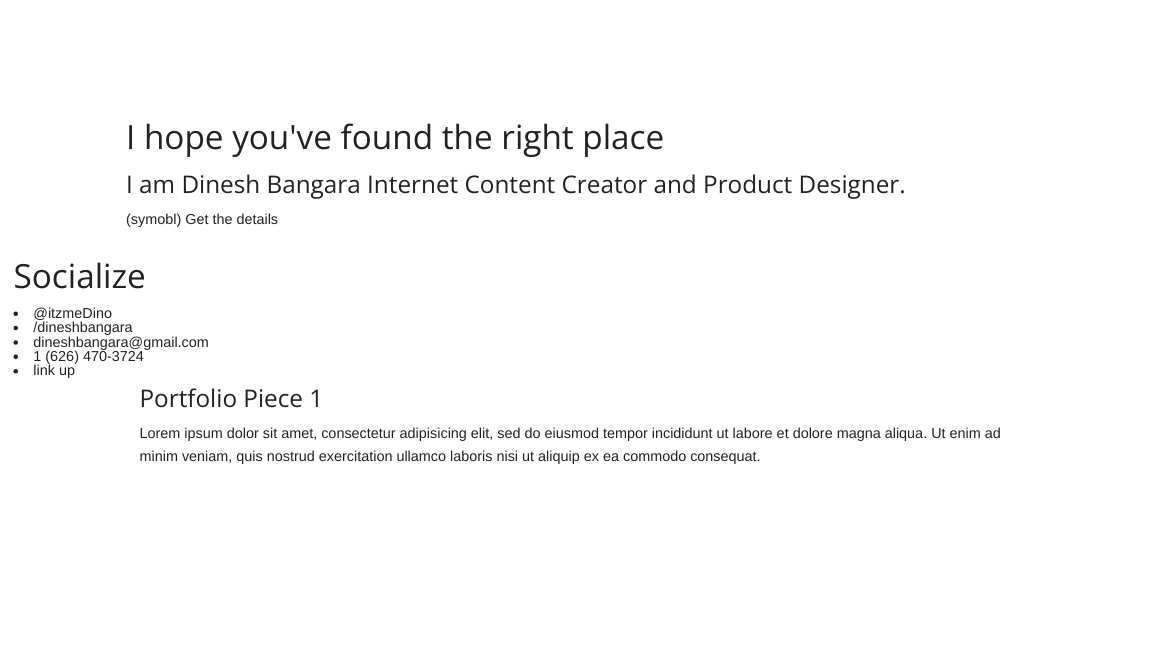
Repository: dineshb/HTML5_Portfolio
Page: Basic/index.html
These files come from the project's save history. The page is drawn as it stood at one moment and after the next save; the edit follows.
The browser window is 1280 px wide. The pictures show the whole page, at 90% of full size.

Above is the page before, as saved 2013-11-22 04:56:57.
Console error (its wording comes from the project's code and is left out).

After the next save:
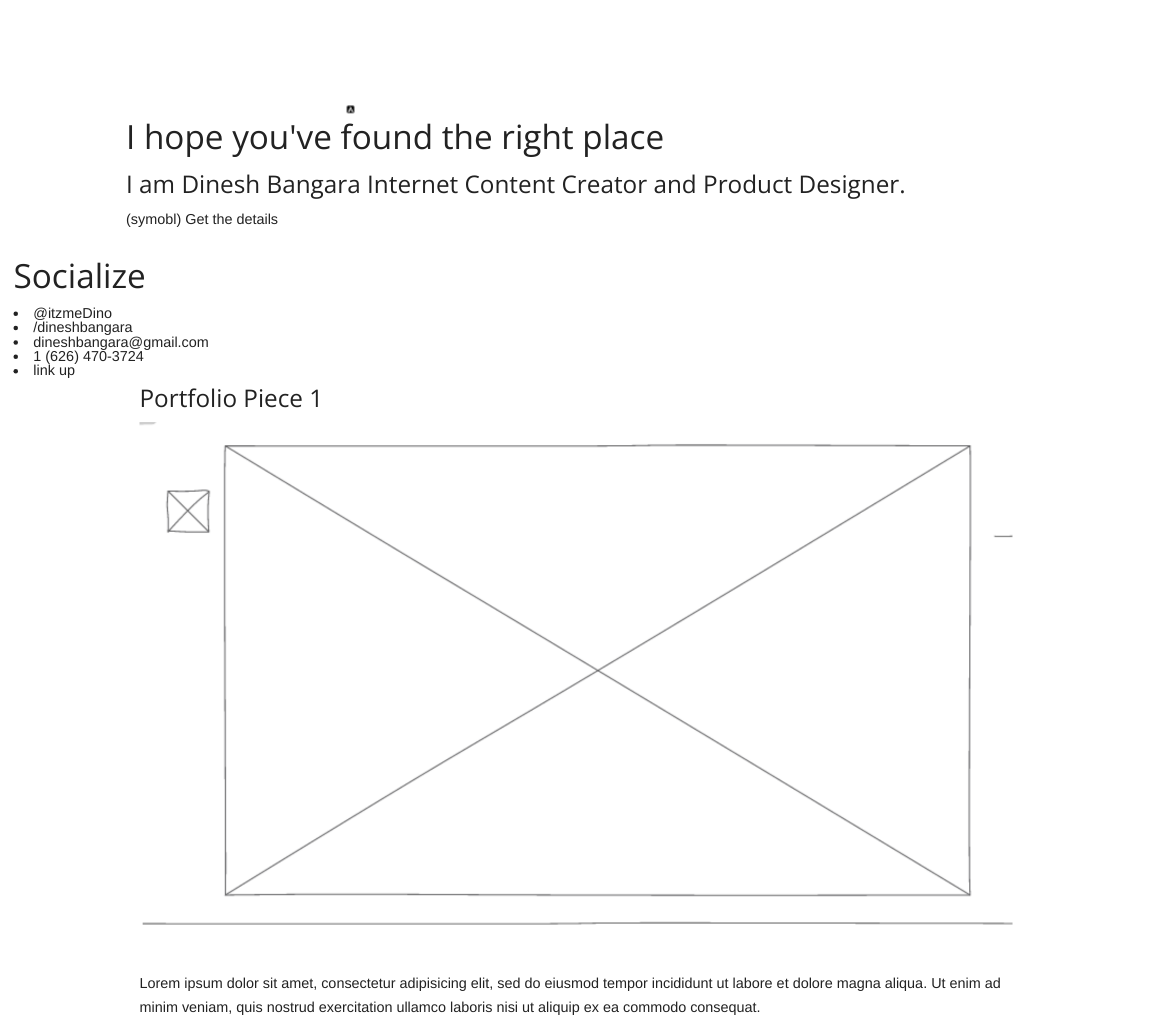
Saved 66 s later.
--- a/Basic/css/main.css
+++ b/Basic/css/main.css
@@ -98,10 +98,16 @@
    Author's custom styles
    ========================================================================== */
 
-img {
-  display: inline-block;
-  vertical-align: left;
-  display: none; }
+img.logo {
+  max-width: 25%
+  height: 10px;
+	width: 9px;
+	position: absolute;
+	top: 50%;
+	left: 50%;
+	margin-left: -5px;
+	margin-top: -5px;;
+}
 
 
 
